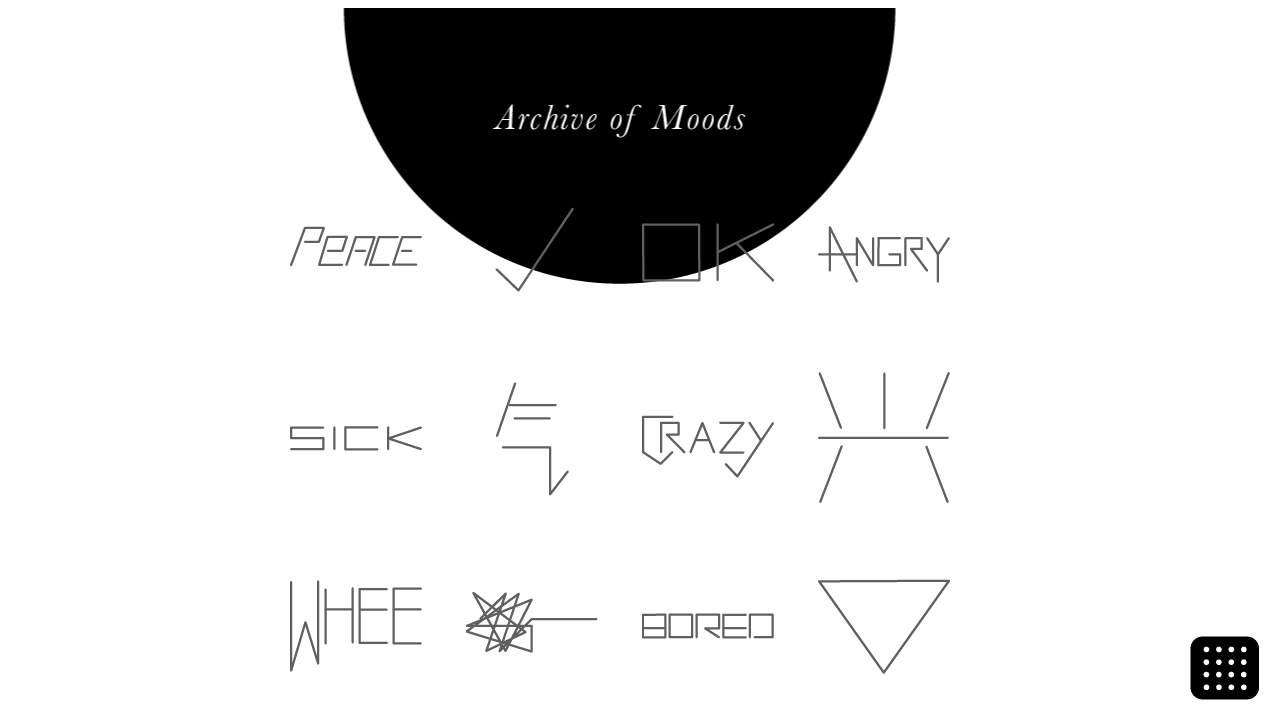
Repository: ConnyPinto/connypinto.github.io
Page: studio/dot-to-dot/archive.html
The author's editor kept a record of every edit. The page is drawn from the files as they stood at one moment, then again after the next edit.
The browser window is 1280 px wide. The pictures show the whole page.
Some web libraries are served in a nearby version.

Above is the page before.

After the next edit:
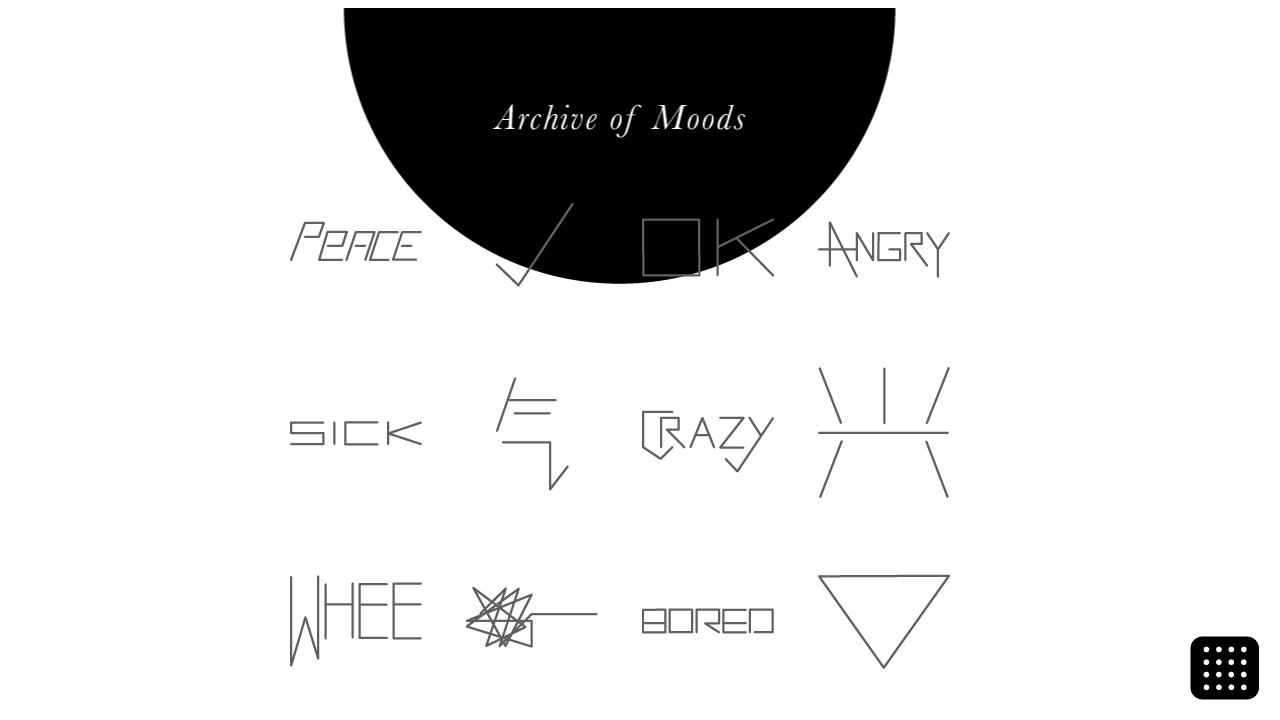
The edit:
--- a/studio/dot-to-dot/css/archive.css
+++ b/studio/dot-to-dot/css/archive.css
@@ -67,7 +67,7 @@
 
 .row5{
   display:inline-block;
-  margin-bottom:40px;
+  margin-bottom:50px;
 }
 
 .row6{
